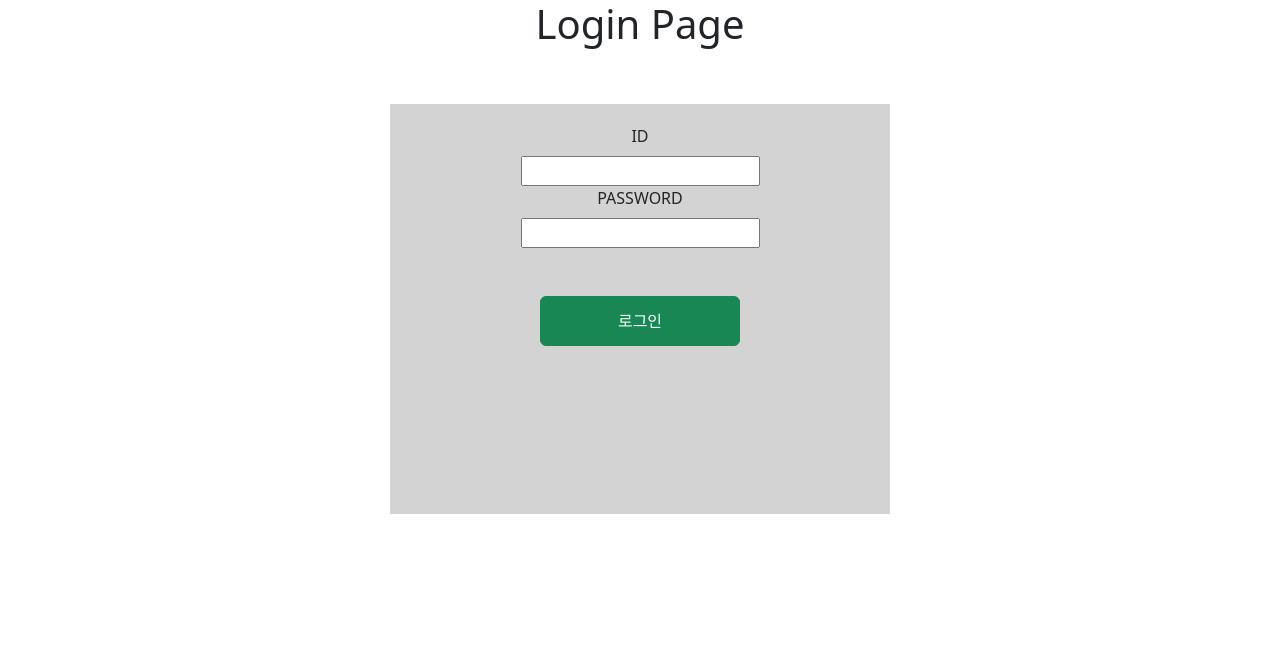
Repository: doridori890130/JSP
Page: http://localhost/jsp_project/mem/login
These files come from the project's save history. The page is drawn as it stood at one moment and after the next save; the edit follows.
The browser window is 1280 px wide. The pictures show the whole page.
The page is served by Tomcat 9.

Above is the page before, as saved 2023-06-01 04:01:05.

After the next save:
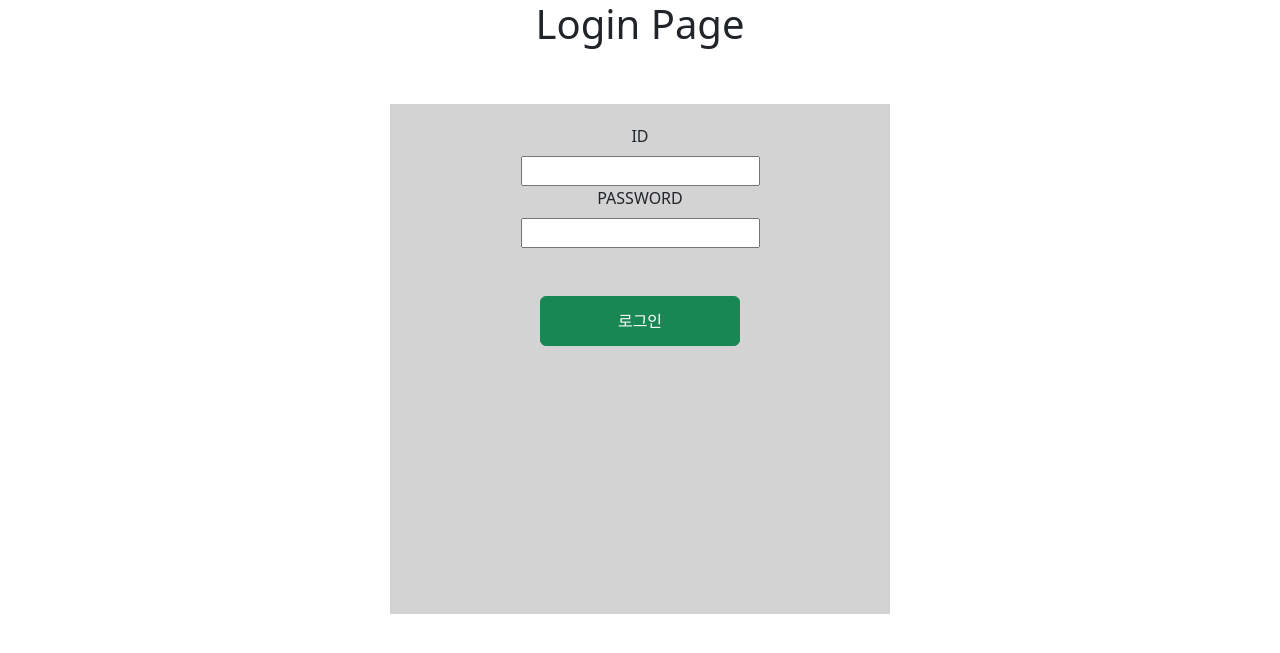
Saved 14 s later.
--- a/jsp_project4/jsp_project/src/main/webapp/member/login.jsp
+++ b/jsp_project4/jsp_project/src/main/webapp/member/login.jsp
@@ -16,7 +16,7 @@
  	text-align: center;
  	background-color: lightgray;
  	width: 500px;
- 	height: 400px;
+ 	height: 500px;
  	margin: auto;
  	padding-top: 10px;
  }
